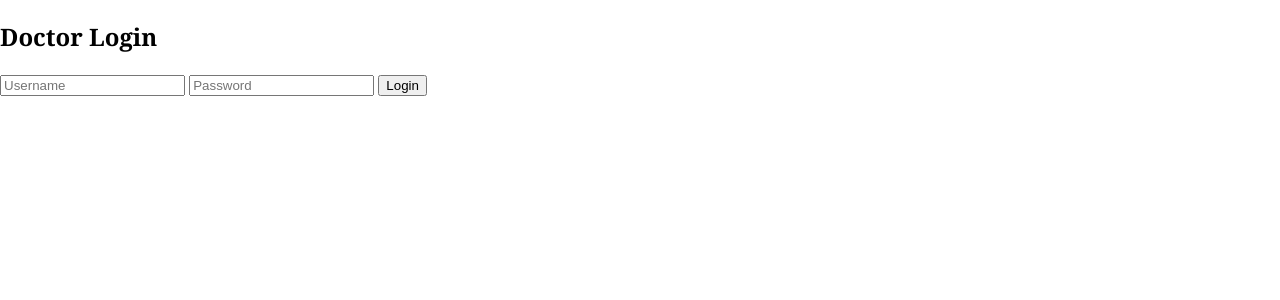
Repository: BinuriJ/HospitalSystem
Page: http://localhost/CyborgSys/login.jsp
An editor plug-in stored every save of this project. The page is shown before and after the next save, followed by the edit.
The browser window is 1280 px wide. The pictures show the whole page.
The page is served by Tomcat 9.

Above is the page before, as saved 2025-05-10 02:28:50.

After the next save:
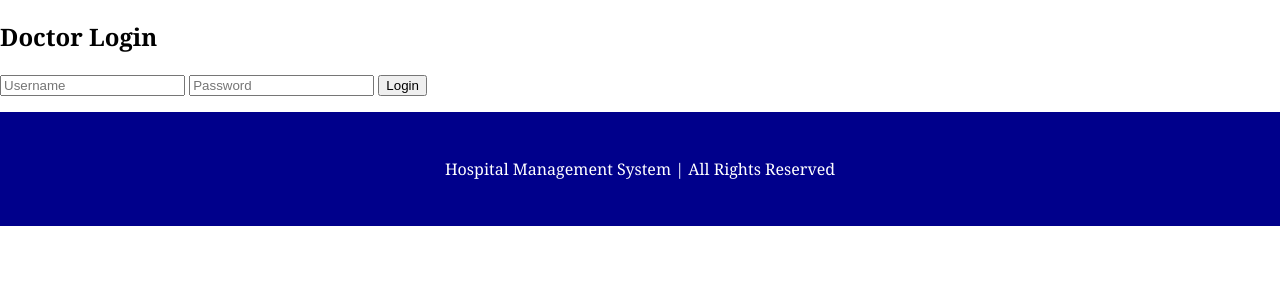
Saved 21 s later.
--- a/CyborgSys/WebContent/login.jsp
+++ b/CyborgSys/WebContent/login.jsp
@@ -20,6 +20,7 @@
         <button type="submit" class="login-btn">Login</button>
     </form>
 </div>
+<jsp:include page="footer.jsp" />
 
 </body>
 </html>
